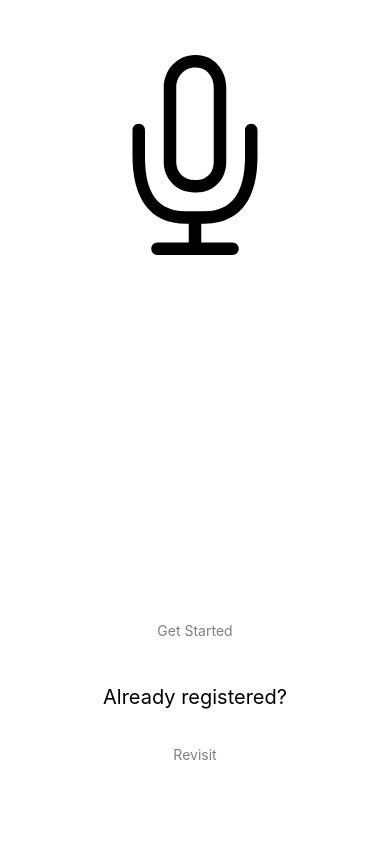
Repository: mortiestmorty1/recordings-app
Screen: / (app in frontend/)
An editor plug-in stored every save of this project. The screen is shown before and after the next save, followed by the edit.
The app was drawn by React Native's web renderer in a window 390 px wide. The project was rebuilt for these pictures with package versions that can differ from the ones it lists, and the page was loaded fresh each time. Also part of the build but not shown: frontend/components/registerUser.js.

Above is the screen before, as saved 2024-03-07 22:46:47.

After the next save:
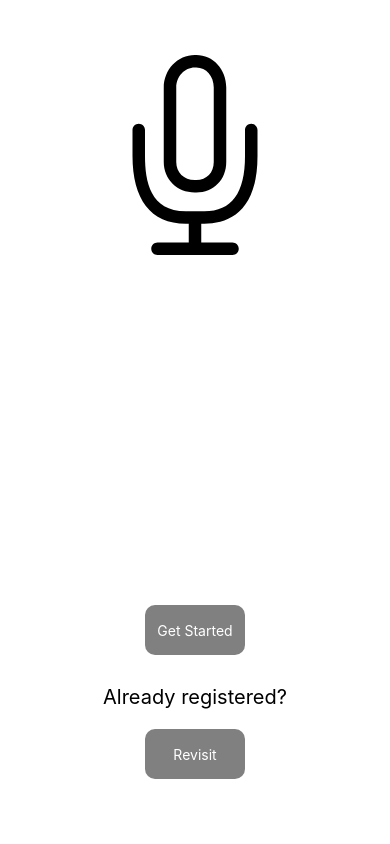
Saved 48 s later.
--- a/frontend/components/firstscreen.js
+++ b/frontend/components/firstscreen.js
@@ -44,14 +44,14 @@ const styles = StyleSheet.create({
   btn1: {
     width: 100,
     height: 50,
-    backgroundColor: 'white',
+    backgroundColor: 'grey',
     borderRadius: 10,
     justifyContent: 'center',
     alignItems: 'center',
     marginBottom: 10, // Add space between buttons
   },
   btnText: {
-    color: 'grey', // Style for the text inside TouchableOpacity
+    color: 'white', // Style for the text inside TouchableOpacity
   },
 });
 
